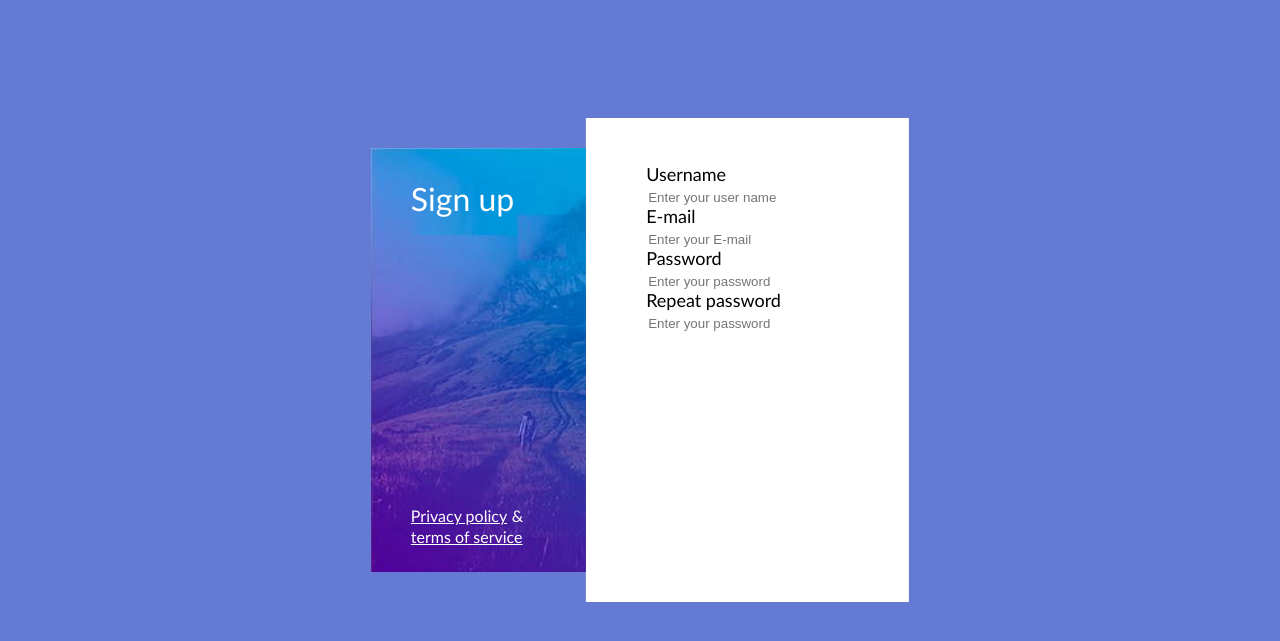
Repository: motiejus1/11-paskaita-adobexd-registracija
Page: index.html
These files come from the project's save history. The page is drawn as it stood at one moment and after a run of saves; the edit follows.
The browser window is 1280 px wide. The pictures show the whole page.

Above is the page before, as saved 2021-06-17 20:02:40.

After the next 2 saves:
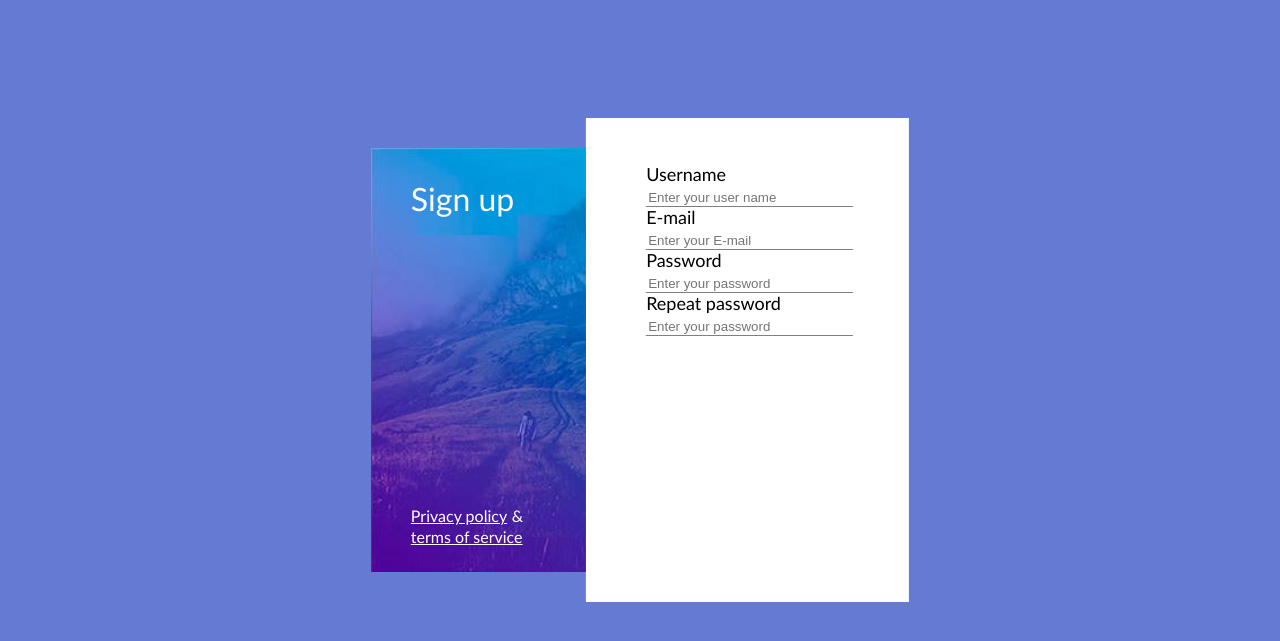
The 2 saves are shown as one change because they came seconds apart.
The last was saved 5 s later.
--- a/index.html
+++ b/index.html
@@ -87,7 +87,7 @@
         input {
             width: 100%;
             border: 0;
-            border-bottom: 1px ;
+            border-bottom: 1px solid #808080;
         }
 
     </style>
